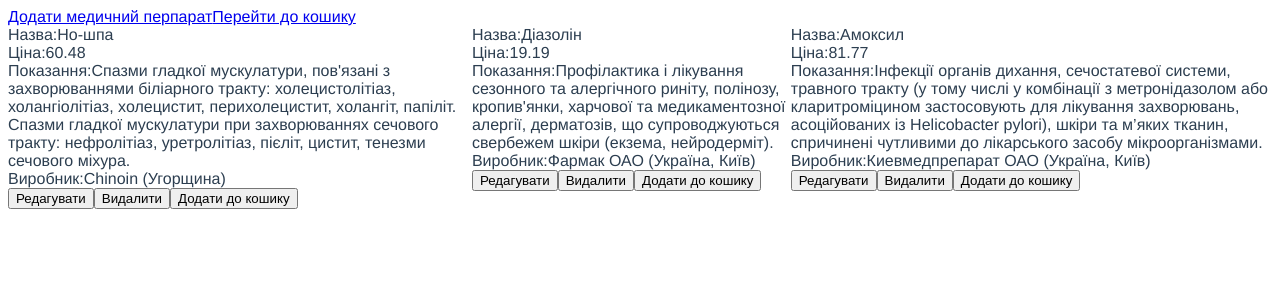
Repository: kristinap8/pharmacy
Page: /
The author's editor kept a copy of each file at every save. The page is drawn from the files as they stood at one save, then again after the next save.
The browser window is 1280 px wide. The pictures show the whole page.
The project was rebuilt for these pictures with package versions that can differ from the ones it lists, and the page was loaded fresh each time. Also part of the build but not shown: src/components/AddMedicineForm/index.vue, src/pages/AddMedicine/index.vue, src/components/EditMedicineForm/index.vue, src/pages/EditMedicine/index.vue, src/components/CartForm/CartItem/index.vue, src/components/CartForm/index.vue, src/pages/Cart/index.vue.

Above is the page before, as saved 2020-12-09 13:50:16.

### src/main.js
import Vue from 'vue'
import App from './App.vue'
import router from "./router"
import store from "./store"

Vue.config.productionTip = false

new Vue({
  store,
  router,
  render: h => h(App),
}).$mount('#app')

### src/App.vue
<template>
  <div id="app">
    <router-view/>
  </div>
</template>

<script>
export default {
  name: "App",
  components: {},
};
</script>

<style>
#app {
  font-family: Avenir, Helvetica, Arial, sans-serif;
  -webkit-font-smoothing: antialiased;
  -moz-osx-font-smoothing: grayscale;
  color: #2c3e50;
}
</style>

### src/router.js
import Vue from "vue";
import VueRouter from "vue-router";
import AddMedicine from "@/pages/AddMedicine";
import EditMedicine from "@/pages/EditMedicine";
import AllMedicines from "@/pages/AllMedicines";
import Cart from "@/pages/Cart";

Vue.use(VueRouter);

const routes=[
    {
        path:'/',
        name:'all-medicines',
        component:AllMedicines
    },
    {
        path:'/edit_medicine/:medicine_id',
        name:'edit-medicine',
        component:EditMedicine
    },
    {
        path:'/add_medicine',
        name:'add-medicine',
        component:AddMedicine
    },
    {
        path:'/cart',
        name:'cart',
        component:Cart
    },

]

const router=new VueRouter({
    mode:"history",
    routes
});

export default router;

### src/store/index.js
import Vue from "vue";
import Vuex from "vuex";
import { v4 as uuid_v4 } from 'uuid'

Vue.use(Vuex)

const store=new Vuex.Store({
    state:{
      medicinesList:[
          {
              id:1,
              name:'Но-шпа',
              price:60.48,
              requirements:"Спазми гладкої мускулатури, пов'язані з захворюваннями біліарного тракту: холецистолітіаз, холангіолітіаз, холецистит, перихолецистит, холангіт, папіліт. Спазми гладкої мускулатури при захворюваннях сечового тракту: нефролітіаз, уретролітіаз, пієліт, цистит, тенезми сечового міхура.",
              maker:"Chinoin (Угорщина)"

          },
          {
            id:2,
            name:"Діазолін",
            price:19.19,
            requirements:"Профілактика і лікування сезонного та алергічного риніту, полінозу, кропив'янки, харчової та медикаментозної алергії, дерматозів, що супроводжуються свербежем шкіри (екзема, нейродерміт).",
            maker:"Фармак ОАО (Україна, Київ)"

        },
        {
            id:3,
            name:"Амоксил",
            price:81.77,
            requirements:"Інфекції органів дихання, сечостатевої системи, травного тракту (у тому числі у комбінації з метронідазолом або кларитроміцином застосовують для лікування захворювань, асоційованих із Helicobacter pylori), шкіри та м’яких тканин, спричинені чутливими до лікарського засобу мікроорганізмами.",
            maker:"Киевмедпрепарат ОАО (Україна, Київ)"

        }
      ],
      cart:[]
    },
    mutations:{
        addMedicine(state, data) {
            state.medicinesList.push({
             id: uuid_v4(),
             ...data,
           })
         },
         deleteMedicine(state,id){
             let medicines=state.medicinesList.filter(medicine=>medicine.id!=id)
             state.medicinesList=medicines;
         },
         editMedicine(state,medicine){
             state.medicinesList.forEach(m=>{
                 if(m.id==medicine.id){
                     m=medicine;
                 }
             } )
         },
         addToCart(state,medicine){
             if(state.cart)
             {
                 let isMedicineExists=false;
                 state.cart.map(function (item) {
                     if(item.id==medicine.id)
                     isMedicineExists=true;
                     item.quantity++;
                     item.totalPrice=item.quantity*item.price;
                 })
             }
             else{
                state.cart.push(medicine)
                Vue.set(medicine,'quantity',1)
                Vue.set(medicine,'totalPrice',medicine.price)
             }

         }
    },
    actions:{
        addMedicine({ commit }, medicine) {
            commit('addMedicine', medicine)
          },
          deleteMedicine({commit},id){
              commit('deleteMedicine',id)
          },
          editMedicine({commit},medicine){
              commit('editMedicine',medicine)
          },
          addToCart({commit},medicine){
              commit('addToCart',medicine)
          }
    },
    getters:{
        getMedicines:(state)=> state.medicinesList,
        getMedicineById:(state)=>(id)=>{return state.medicinesList.find(m=>m.id===id)},
        getMedicinesInCart:(state)=>state.cart,
        getCartMedicinesCount:(state)=>state.cart.length
    },
    modules:{

    }
})

export default store

### src/pages/AllMedicines/index.vue
<template>
    <div>
        <router-link to="/add_medicine">Додати медичний перпарат</router-link>
        <router-link to="/cart">Перейти до кошику</router-link>
     <medicines-list/>
    </div>
</template>

<script>
import MedicinesList from "../../components/MedicinesList"
    export default {
        name:"AllMedicine",
        components: {
            MedicinesList,
        },
    }
</script>

<style lang="scss" scoped>

</style>

### src/components/MedicinesList/index.vue
<template>
    <div>
     <div class="list-container">
    <medicine-card
    v-for="medicine in getMedicines"
    :key="medicine.id"
    :id="medicine.id"
    :name="medicine.name"
    :price="medicine.price"
    :requirements="medicine.requirements"
    :maker="medicine.maker"
    />
     </div>
    </div>
</template>

<script>
import { mapGetters } from 'vuex'
import MedicineCard from "./MedicineCard"
    export default {
        name:"MedicinesList",
        components: {
       MedicineCard,
        },
        computed: {
            ...mapGetters(['getMedicines']),
        },
    }
</script>

<style lang="scss" scoped>
  .list-container{
      display: flex;
  }
</style>

### src/components/MedicinesList/MedicineCard/index.vue
<template>
    <div class="card-container">
    <div>Назва:{{name}}</div>
    <div>Ціна:{{price}}</div>
    <div>Показання:{{requirements}}</div>
    <div>Виробник:{{maker}}</div>
    <button @click="onEditMedicine">Редагувати</button>
    <button @click="onDeleteMedicine(id)">Видалити</button>
    <button @click="onAddToCart">Додати до кошику</button>
    </div>
</template>

<script>
import { mapActions } from 'vuex'
  export default {
        name:"MedicineCard",
        props: {
            id: {
                type: [String,Number],
                required:true,
            },
            name: {
                type: String,
                default:"Назва препарату не вказана"
            },
            price:{
                type:[String,Number],
                default:0
            },
            requirements:{
                type:String,
                default:"Показань до застосування не вказано"
            },
            maker:{
                type:String,
                default:"Виробника не вказано"
            }

        },
        methods: {
            onDeleteMedicine(id) {
                this.$store.dispatch("deleteMedicine",id)
             },
            onEditMedicine(){
                this.$router.push({
                    name:'edit-medicine',
                    params:{medicine_id:this.id}
                })
            },
            ...mapActions(['addToCart']),
            onAddToCart(){
                const{id,name,price,requirements,maker}=this
                this.addToCart({id,name,price,requirements,maker})
            }
        },
    }
</script>

<style lang="scss" scoped>

</style>

Loaded but not shown: public/index.html (common file)

After the next save:
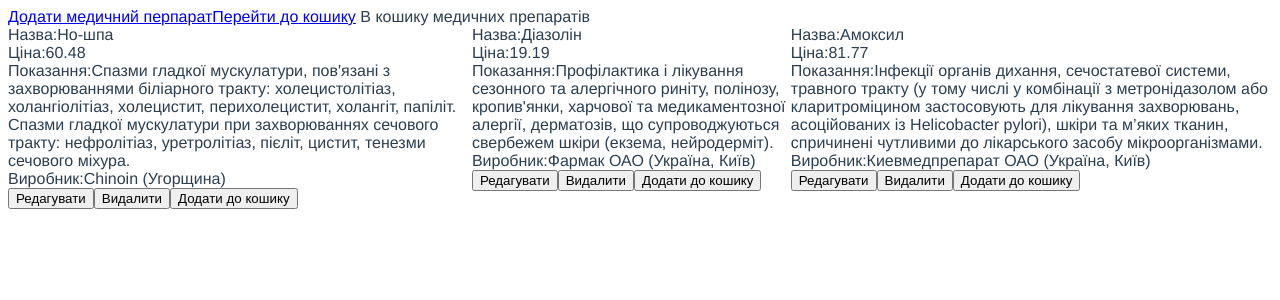
Saved 6 min 8 s later.
--- a/src/pages/AllMedicines/index.vue
+++ b/src/pages/AllMedicines/index.vue
@@ -2,16 +2,21 @@
     <div>
         <router-link to="/add_medicine">Додати медичний перпарат</router-link>
         <router-link to="/cart">Перейти до кошику</router-link>
+        В кошику {{getCartProductsCount}} медичних препаратів
      <medicines-list/>
     </div>
 </template>
 
 <script>
+import { mapGetters } from 'vuex'
 import MedicinesList from "../../components/MedicinesList"
     export default {
         name:"AllMedicine",
         components: {
             MedicinesList,
+        },
+        computed: {
+            ...mapGetters(['getCartProductsCount']),
         },
     }
 </script>
